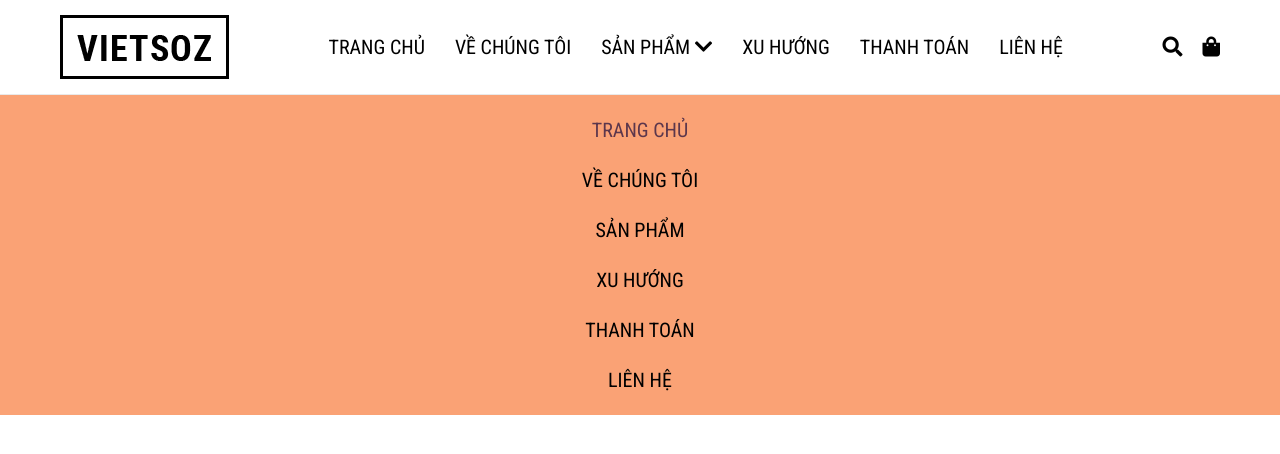
Repository: vinhtk0209/Vietsoz-reponsive
Page: index.html
An editor plug-in stored every save of this project. The page is shown before and after the next save, followed by the edit.
The browser window is 1280 px wide. The pictures show the whole page.
The pointer rests on the first visible `.header-main-menu.reponsive ul li`.

Above is the page before, as saved 2021-10-23 17:45:01.

### index.html
<!DOCTYPE html>
<html lang="en">
  <head>
    <meta charset="UTF-8" />
    <meta http-equiv="X-UA-Compatible" content="IE=edge" />
    <meta name="viewport" content="width=device-width, initial-scale=1.0" />
    <link rel="stylesheet" href="assets/css/reset.css" />
    <link rel="stylesheet" href="assets/css/global.css" />
    <link rel="stylesheet" href="assets/css/main.css" />
    <link rel="stylesheet" href="assets/fontawesome/css/all.css" />
    <link rel="stylesheet" href="assets/css/reponsive.css">
    <link rel="preconnect" href="https://fonts.googleapis.com" />
    <link rel="preconnect" href="https://fonts.gstatic.com" crossorigin />
    <link
      href="https://fonts.googleapis.com/css2?family=Roboto:ital,wght@0,100;0,300;0,400;0,500;0,700;0,900;1,100;1,300;1,400;1,500;1,700;1,900&display=swap"
      rel="stylesheet"
    />
    <link rel="preconnect" href="https://fonts.googleapis.com" />
    <link rel="preconnect" href="https://fonts.gstatic.com" crossorigin />
    <link
      href="https://fonts.googleapis.com/css2?family=Roboto+Condensed:ital,wght@0,300;0,400;0,700;1,300;1,400;1,700&display=swap"
      rel="stylesheet"
    />
    <div id="fb-root"></div>
    <script
      async
      defer
      crossorigin="anonymous"
      src="https://connect.facebook.net/vi_VN/sdk.js#xfbml=1&version=v11.0"
      nonce="ecJjSUD8"
    ></script>
    <script
    src="https://code.jquery.com/jquery-3.6.0.js"
    integrity="sha256-H+K7U5CnXl1h5ywQfKtSj8PCmoN9aaq30gDh27Xc0jk="
    crossorigin="anonymous"
  ></script>
    <title>VIESOZ</title>
  </head>

  <body>
    <!-- wrapper starts -->
    <div class="wrapper">
      <!-- header starts -->
      <header class="header">
        <div class="container">
          <div
            class="wp-header-top d-flex align-i-center justify-content-between"
          >
            <div class="header-banner">
              <img src="assets/images/logo.png" alt="" />
            </div>
            <nav class="header-main-menu">
              <ul class="d-flex main-menu">
                <li><a href="">trang chủ</a></li>
                <li><a href="">về chúng tôi</a></li>
                <li class="product-have-menu">
                  <a href=""
                    >sản phẩm
                    <span class="arrow-down"
                      ><i class="fas fa-chevron-down"></i></span
                  ></a>

                </li>

                <li><a href="">xu hướng</a></li>
                <li><a href="">thanh toán</a></li>
                <li><a href="">liên hệ</a></li>

              </ul>

            </nav>
              <nav class="header-main-menu reponsive">
              <ul class="main-menu sub">
                <li><a href="">trang chủ</a></li>
                <li><a href="">về chúng tôi</a></li>
                <li class="product-have-menu">
                  <a href=""
                    >sản phẩm
                   </a>

                </li>

                <li><a href="">xu hướng</a></li>
                <li><a href="">thanh toán</a></li>
                <li><a href="">liên hệ</a></li>

              </ul>

            </nav>
            <ul class="icon-menu d-flex">
              <li>
                <a href=""
                  ><span class="search"><i class="fas fa-search"></i></span
                ></a>
              </li>
              <li>
                <a href="" class="shopping-cart"
                  ><span class="icon-cart"
                    ><i class="fas fa-shopping-bag"></i></span
                ></a>
              </li>
            </ul>
            <div class="nav-bar">
              <i class="fas fa-bars"></i>
            </div>
          </div>
        </div>
        <div class="wp-head-extra-menu">
          <ul class="list-menu-header-extra d-flex container">
            <li>
              <a href="">
                <span class="home-icon">
                  <i class="fas fa-home"></i>
                </span>
              </a>
            </li>

            <li class="home-text">
              <a href="">trang chủ</a>
            </li>
            <li>
              <a href="">
                <span class="arrow-righ">
                  <i class="fas fa-arrow-right"></i>
                </span>
              </a>
            </li>
            <li class="trend">
              <a href="">Xu hướng</a>
            </li>
          </ul>
        </div>

      </header>
      <!-- header ends -->

      <!-- content starts -->
      <!-- wp-content starts -->


      <!-- wp-content ends -->

      <!-- sidebar starts -->


      <!-- sidebar ends -->

      <!-- content ends -->

    </div>
    <!-- wrapper ends -->
    <script src="assets/js/main.js"></script>

  </body>
</html>

### assets/css/reset.css
/*
 * Bootstrap Reboot v4.3.1 (https://getbootstrap.com/)
 * Copyright 2011-2019 The Bootstrap Authors
 * Copyright 2011-2019 Twitter, Inc.
 * Licensed under MIT (https://github.com/twbs/bootstrap/blob/master/LICENSE)
 * Forked from Normalize.css, licensed MIT (https://github.com/necolas/normalize.css/blob/master/LICENSE.md)
 */

*,
*::before,
*::after {
    box-sizing: border-box;
}

html {
    font-family: sans-serif;
    line-height: 1.15;
    -webkit-text-size-adjust: 100%;
    -webkit-tap-highlight-color: rgba(0, 0, 0, 0);
}

article,
aside,
figcaption,
figure,
footer,
header,
hgroup,
main,
nav,
section {
    display: block;
}

body {
    margin: 0;
    font-family: -apple-system, BlinkMacSystemFont, "Segoe UI", Roboto, "Helvetica Neue", Arial, "Noto Sans", sans-serif, "Apple Color Emoji", "Segoe UI Emoji", "Segoe UI Symbol", "Noto Color Emoji";
    font-size: 1rem;
    font-weight: 400;
    line-height: 1.5;
    color: #212529;
    text-align: left;
    background-color: #fff;
}

[tabindex="-1"]:focus {
    outline: 0 !important;
}

hr {
    box-sizing: content-box;
    height: 0;
    overflow: visible;
}

h1,
h2,
h3,
h4,
h5,
h6 {
    margin-top: 0;
    margin-bottom: 0.5rem;
}

p {
    margin-top: 0;
    margin-bottom: 1rem;
}

abbr[title],
abbr[data-original-title] {
    text-decoration: underline;
    -webkit-text-decoration: underline dotted;
    text-decoration: underline dotted;
    cursor: help;
    border-bottom: 0;
    -webkit-text-decoration-skip-ink: none;
    text-decoration-skip-ink: none;
}

address {
    margin-bottom: 1rem;
    font-style: normal;
    line-height: inherit;
}

ol,
ul,
dl {
    margin-top: 0;
    margin-bottom: 1rem;
}

ol ol,
ul ul,
ol ul,
ul ol {
    margin-bottom: 0;
}

dt {
    font-weight: 700;
}

dd {
    margin-bottom: .5rem;
    margin-left: 0;
}

blockquote {
    margin: 0 0 1rem;
}

b,
strong {
    font-weight: bolder;
}

small {
    font-size: 80%;
}

sub,
sup {
    position: relative;
    font-size: 75%;
    line-height: 0;
    vertical-align: baseline;
}

sub {
    bottom: -.25em;
}

sup {
    top: -.5em;
}

a {
    color: #007bff;
    text-decoration: none;
    background-color: transparent;
}

a:hover {
    color: #0056b3;
    text-decoration: underline;
}

a:not([href]):not([tabindex]) {
    color: inherit;
    text-decoration: none;
}

a:not([href]):not([tabindex]):hover,
a:not([href]):not([tabindex]):focus {
    color: inherit;
    text-decoration: none;
}

a:not([href]):not([tabindex]):focus {
    outline: 0;
}

pre,
code,
kbd,
samp {
    font-family: SFMono-Regular, Menlo, Monaco, Consolas, "Liberation Mono", "Courier New", monospace;
    font-size: 1em;
}

pre {
    margin-top: 0;
    margin-bottom: 1rem;
    overflow: auto;
}

figure {
    margin: 0 0 1rem;
}

img {
    vertical-align: middle;
    border-style: none;
}

svg {
    overflow: hidden;
    vertical-align: middle;
}

table {
    border-collapse: collapse;
}

caption {
    padding-top: 0.75rem;
    padding-bottom: 0.75rem;
    color: #6c757d;
    text-align: left;
    caption-side: bottom;
}

th {
    text-align: inherit;
}

label {
    display: inline-block;
    margin-bottom: 0.5rem;
}

button {
    border-radius: 0;
}

button:focus {
    outline: 1px dotted;
    outline: 5px auto -webkit-focus-ring-color;
}

input,
button,
select,
optgroup,
textarea {
    margin: 0;
    font-family: inherit;
    font-size: inherit;
    line-height: inherit;
}

button,
input {
    overflow: visible;
}

button,
select {
    text-transform: none;
}

select {
    word-wrap: normal;
}

button,
[type="button"],
[type="reset"],
[type="submit"] {
    -webkit-appearance: button;
}

button:not(:disabled),
[type="button"]:not(:disabled),
[type="reset"]:not(:disabled),
[type="submit"]:not(:disabled) {
    cursor: pointer;
}

button::-moz-focus-inner,
[type="button"]::-moz-focus-inner,
[type="reset"]::-moz-focus-inner,
[type="submit"]::-moz-focus-inner {
    padding: 0;
    border-style: none;
}

input[type="radio"],
input[type="checkbox"] {
    box-sizing: border-box;
    padding: 0;
}

input[type="date"],
input[type="time"],
input[type="datetime-local"],
input[type="month"] {
    -webkit-appearance: listbox;
}

textarea {
    overflow: auto;
    resize: vertical;
}

fieldset {
    min-width: 0;
    padding: 0;
    margin: 0;
    border: 0;
}

legend {
    display: block;
    width: 100%;
    max-width: 100%;
    padding: 0;
    margin-bottom: .5rem;
    font-size: 1.5rem;
    line-height: inherit;
    color: inherit;
    white-space: normal;
}

progress {
    vertical-align: baseline;
}

[type="number"]::-webkit-inner-spin-button,
[type="number"]::-webkit-outer-spin-button {
    height: auto;
}

[type="search"] {
    outline-offset: -2px;
    -webkit-appearance: none;
}

[type="search"]::-webkit-search-decoration {
    -webkit-appearance: none;
}

::-webkit-file-upload-button {
    font: inherit;
    -webkit-appearance: button;
}

output {
    display: inline-block;
}

summary {
    display: list-item;
    cursor: pointer;
}

template {
    display: none;
}

[hidden] {
    display: none !important;
}


/*# sourceMappingURL=bootstrap-reboot.css.map */

### assets/css/global.css
/* .text-center{
    text-align: center;
}
.text-left{
    text-align: left;
}
.text-right{
    text-align: right;
}
.float-left{
    float:left;

}
.float-right{
    float:right;
}
.container{
    width:1150px;
    margin:0px auto;


}
.flex-space{
    display:flex;
    justify-content:space-between;
}
.align-i-center{
    align-items: center;
}
.mg-top-30{
    margin-top: 30px;
}
.mg-top-22{
    margin-top: 22px;
}
.d-flex{
    display:flex;
}
.bg-black{

    background-color: #131619;
}
.pt-10{
    padding-top: 10px;
} */
.container {
    max-width: 1200px;

    margin: 0px auto;
    /* display:flex; */

}

.justify-content-between {
    justify-content: space-between;
}

.d-flex {
    display: flex;
}

.jus-between {
    justify-content: space-between;
}

.align-i-center {
    align-items: center;
}

.mg-bottom-80 {
    margin-bottom: 80px;
}

.fl-basics-30 {
    flex-basis: 30%;
}

.pd-top-40 {
    padding-top: 40px;
}
.pd-top-10{
    padding-top:10px;
}
.text-center {
    text-align: center;
}

### assets/css/main.css
* {
    margin: 0;
    padding: 0;
}

body {
    /* font-family: 'Roboto', sans-serif; */
    line-height: 1.5;
}

ul {
    list-style-type: none;
    margin-bottom: 0px;
}

p,
h1,
h2,
h4 {
    margin-bottom: 0px;
}

.header {
    font-family: 'Roboto Condensed', sans-serif;
    margin-bottom: 45px;
    padding: 15px 0;
    position: relative;

}

.wp-header-top {
    width: 100%;
    /* display:flex; */
    /* min-height: 110px; */
    margin-bottom: 15px;
    padding: 0 20px;
}

.header-main-menu ul {
    gap: 0 30px;
}

.header-main-menu ul li a {
    text-decoration: none;
    font-size: 20px;
    text-transform: uppercase;
    font-weight: 400;
    color: #000000;

}

.wp-header-top ul.icon-menu {
    gap: 0 20px;
}

.wp-header-top ul.icon-menu li a {
    font-size: 20px;
    color: #000000;

}


.header-main-menu ul li a span.search {
    font-size: 15px;
}

.header-main-menu ul li a span.icon-cart {
    font-size: 25px;
}

.header-main-menu.reponsive {
    /* display: none; */
    position: absolute;
    top: 58%;
    background-color: #FAA275;
    width: 100%;
    left: 0;
    text-align: center;
    padding-bottom: 20px;

}

.header-main-menu.reponsive ul li a {
    padding-top: 20px;
    display: block;
    transition: all 0.5s;

}

.header-main-menu.reponsive ul li:hover a {
    color:  #5C374C;
}

.nav-bar {
    display: none;
    font-size: 20px;
    color: #000000;
    cursor: pointer;
}



.wp-head-extra-menu {
    background-color: #e9e9e9;
    min-height: 50px;
    padding: 0 20px;
}

ul.list-menu-header-extra li:not(:first-child) {
    padding-left: 15px;
}

ul.list-menu-header-extra li {
    padding: 15px 0px;

}

ul.list-menu-header-extra {
    margin-bottom: 0px;
}

ul.list-menu-header-extra li a {
    text-decoration: none;
    font-size: 17px;
    color: #222222;
    font-weight: 400;
    box-sizing: border-box;
}


#content {
    font-family: 'Roboto', sans-serif;
}

.wp-content-news {
    max-width: 820px;

}

.wp-content-news ul.list-news li {
    display: flex;
    min-height: 227px;
    padding-bottom: 15px;
    border-bottom: 1px solid #a69e9e;
    margin-bottom: 20px;
    overflow: hidden;
}

.wp-content-news ul.list-news li:last-child {
    border: none;

}

.wp-content-news ul.list-news .image-news a {
    display: block;
    transition: transform 1s;

}

.wp-content-news ul.list-news .image-news a:hover {
    transform: scale(1.05);
}

.wp-content-news ul.list-news li .more-info a.title {
    padding-bottom: 15px;
    font-size: 24px;
    font-weight: 500;
    color: #333333;
    text-decoration: none;
}

.wp-content-news ul.list-news li .more-info p.date {
    font-size: 13px;
    color: #a69e9e;
    font-weight: 300;
}

.wp-content-news ul.list-news li .more-info p.content {
    padding-top: 25px;
    font-size: 14px;
    font-weight: 400;
    margin-bottom: 0px;
    color: #777777;

}

.wp-content-news ul.list-news li {
    font-weight: 400;
}

.wp-content-news ul.list-news li a {
    text-decoration: none;
}

.wp-content-news ul.list-news li .more-info {
    padding-left: 15px;

}

.wp-content-news .pages-num li:first-child {
    margin-right: 12px;
    font-size: 14px;
    text-transform: capitalize;

}

.wp-content-news .pages-num a {
    text-decoration: none;
}

.wp-content-news .pages-num li:not(:first-child) {
    margin-left: 7px;
    font-size: 13px;
    padding: 5px 12px;
    border: 1px solid #e9e9e9;
    transition: all 0.5s;

}

.wp-content-news .pages-num li:not(:first-child):hover {
    background-color: #272727;

}

.wp-content-news .pages-num li:not(:first-child):hover a {
    color: #ffffff;
}

.wp-content-news .pages-num li:not(:first-child) a {
    color: #0b0b0b;
}

.wp-content-list-caterory {
    /* padding-left: 90px; */
    font-weight: bold;
    max-width: 310px;
}

.wp-content-list-caterory .box-caterory {
    margin-bottom: 50px;
}

.wp-content-list-caterory .box-caterory .box-title {
    padding-top: 20px;
    padding-bottom: 20px;
    padding-left: 25px;
    background-color: #283943;
    color: #ffffff;


}

.wp-content-list-caterory .box-caterory .box-title h3 {
    margin-bottom: 0;
    font-size: 21px;

    text-transform: uppercase;

}

.wp-content-list-caterory .box-caterory .box-body ul {
    padding-left: 25px;
    padding-top: 20px;
    padding-bottom: 20px;
    padding-right: 15px;
    border: 1px solid #a69e9e;

}

.wp-content-list-caterory .box-caterory .box-body ul li {
    border-bottom: 1px solid #a69e9e;
    padding-bottom: 10px;


}

.box-caterory .box-body ul li:not(:first-child) {
    margin-top: 10px;

}

.box-caterory .box-body ul li a span.arrow-right {
    float: right;

}

.wp-content-list-caterory .box-caterory .box-body ul li a {
    text-decoration: none;
    color: #333333;
    text-transform: uppercase;
    font-size: 14px;
    transition: all 0.5s;
}

.box-caterory .box-body ul li:hover a {
    color: #d5be00;
}

.box-caterory .box-body ul li:hover {
    border-bottom: 1px solid #d5be00;
}

.box-banner {
    margin-bottom: 45px;
}


.list-product {
    border: 1px solid #a69e9e;

}

.list-product ul li {
    display: flex;
}

.list-product ul li a.title {
    font-size: 14px;
    text-decoration: none;
}

.wp-content-list-caterory .box-product {
    font-weight: 500;
}

.wp-content-list-caterory .box-product .box-title {
    padding-top: 20px;
    padding-bottom: 20px;
    padding-left: 25px;
    background-color: #283943;
    color: #ffffff;
    text-transform: uppercase;
}

.box-product {}

.box-product .box-body ul {
    padding: 10px 15px;
}

.box-product .box-body ul li {
    border-bottom: 1px solid #a69e9e;
    padding-bottom: 20px;
    margin-bottom: 10px;
}

.box-product .box-body ul li:last-child {
    border: none;
}

.box-product .box-body .image-product {
    margin-right: 10px;
}

.box-product .box-body .info-product a.title {
    color: #272727;
    font-size: 14px;
    padding-bottom: 15px;
    display: block;
}

.box-product .box-body .info-product p {
    padding-bottom: 4px;
    display: block;
}

.box-product .box-body .info-product p.price:not(span.discount) {
    font-size: 15px;
    color: #d40707;
    padding-right: 8px;
}

.box-product .box-body .info-product span.discount {
    font-size: 12px;
    color: #909090;
}

.box-product .box-body .info-product a.details {
    font-size: 13px;
    color: #00708c;
    text-decoration: underline;
    /* margin:0; */
}

.box-product .box-body .info-product span.buy-arrow-right {
    padding-left: 2px;
}

.footer {
    background-color: #1b1b1b;
    min-height: 410px;
    padding-top: 70px;
    color: #ffffff;
    font-size: 16px;
    font-weight: 300;
}

.footer a {
    text-decoration: none;
    color: #ffffff;
}

.footer h3 {
    font-size: 28px;
    text-transform: uppercase;
}

.footer ul {
    list-style: circle;
}

.footer ul.footer-caterory li:not(:first-child) {
    padding-top: 15px;

}

.footer ul.footer-seller li:not(:first-child) {
    padding-top: 15px;
}

.footer .footer-facebook {
    padding-top: 90px;
}

.copyright {
    min-height: 50px;
    background-color: #ffffff;
}

/* .footer .box-body ul.footer-caterory{
    list-style:  circle;
}


} */

### assets/css/reponsive.css
@media screen and (max-width: 1040px) {
    nav.header-main-menu{
        display: none;
    }
    .nav-bar{
        display: block;
    }
}

### assets/js/main.js
$(document).ready(function() {
    $('.nav-bar').click(function(){
        $('.header-main-menu.reponsive').slideToggle();
    });
});

Loaded but not shown: assets/fontawesome/css/all.css (library)

After the next save:
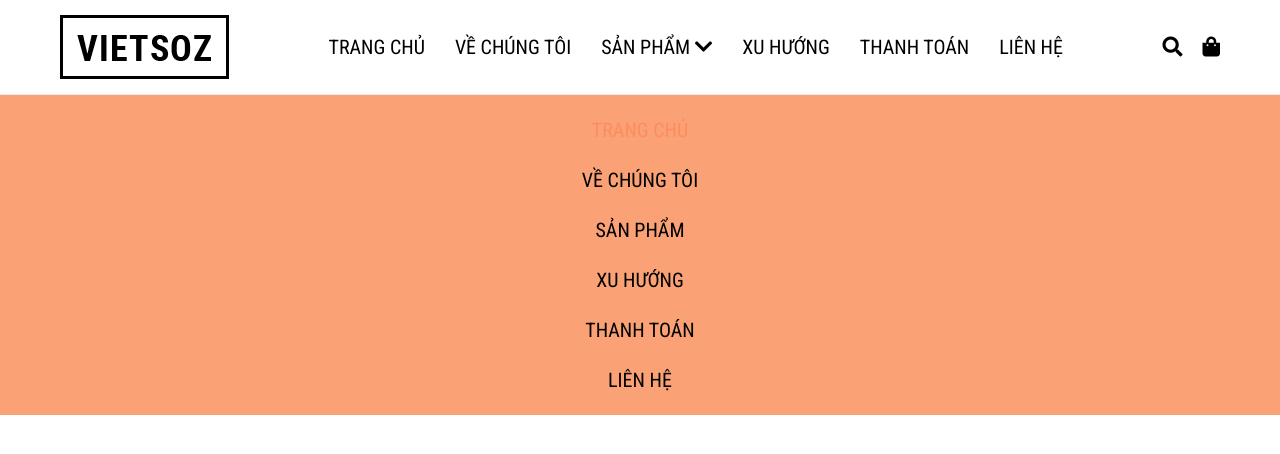
Saved 31 s later.
--- a/assets/css/main.css
+++ b/assets/css/main.css
@@ -88,7 +88,7 @@ h4 {
 }
 
 .header-main-menu.reponsive ul li:hover a {
-    color:  #5C374C;
+    color:  #FF8C61 ;
 }
 
 .nav-bar {
